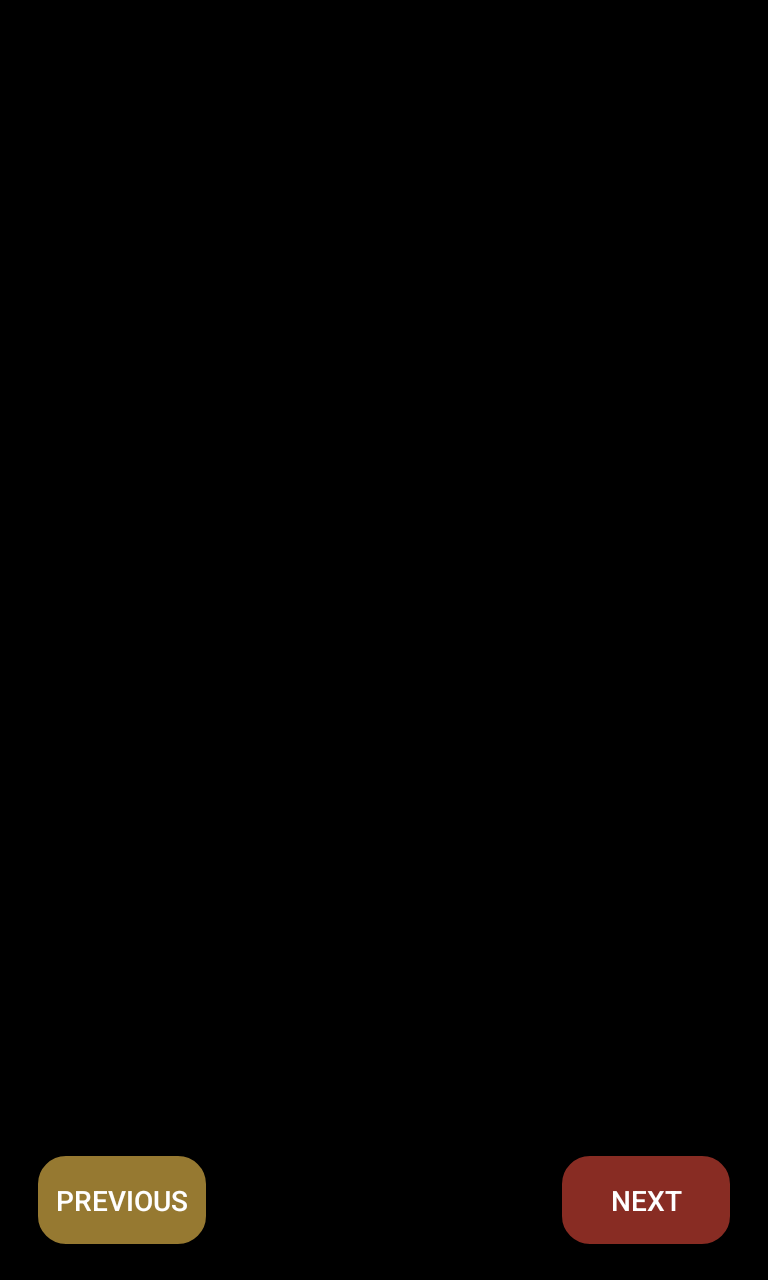
Repository: Dsupreme/MC_tictactoe
Layout: basicgrid/res/layout/tutorial1.xml
An editor plug-in stored every save of this project. The layout is shown before and after the next save, followed by the edit.
It is drawn on a 768 x 1280 px phone screen (xhdpi) without system bars, with theme AppTheme; the app's code is not run. The app's manifest (not shown) leaves right-to-left support off. So textAlignment, textDirection and layoutDirection are ignored, and left and right values win over start and end ones.

Above is the layout before, as saved 2014-12-02 05:16:50.

### basicgrid/res/layout/tutorial1.xml
<?xml version="1.0" encoding="utf-8"?>
<RelativeLayout xmlns:android="http://schemas.android.com/apk/res/android"
	android:layout_width="match_parent"
    android:layout_height="match_parent"
    android:background="#000000"
    android:scaleType="fitXY"
    android:paddingBottom="@dimen/activity_vertical_margin"
    android:paddingLeft="@dimen/activity_horizontal_margin"
    android:paddingRight="@dimen/activity_horizontal_margin"
    android:paddingTop="@dimen/activity_vertical_margin"
    android:orientation="vertical" >

    <ImageView
        android:id="@+id/ivAnimation"
        android:layout_width="350dp"
        android:layout_height="350dp"
        android:layout_above="@+id/text_vp"
        android:layout_centerHorizontal="true"
        android:contentDescription="Animation" />

    <Button
        android:id="@+id/prev"
        android:layout_width="wrap_content"
        android:layout_height="wrap_content"
        android:layout_alignLeft="@+id/ivAnimation"
        android:layout_alignParentBottom="true"
        android:layout_weight="1"
        android:background="@drawable/button_states_yellow"
        android:text="Previous"
        android:textColor="#FFF" />

    <Button
        android:id="@+id/next"
        android:layout_width="wrap_content"
        android:layout_height="wrap_content"
        android:layout_alignBaseline="@+id/prev"
        android:layout_alignBottom="@+id/prev"
        android:layout_alignRight="@+id/ivAnimation"
        android:layout_weight="1"
        android:background="@drawable/button_states_peach"
        android:text="Next"
        android:textColor="#FFF" />

    <TextView
        android:id="@+id/text_vp"
        android:layout_width="match_parent"
        android:layout_height="wrap_content"
        android:layout_above="@+id/prev"
        android:layout_alignLeft="@+id/ivAnimation"
        android:gravity="center"
        android:paddingBottom="10sp"
        android:paddingLeft="10sp"
        android:paddingRight="10sp"
        android:paddingTop="10sp"
        android:textAlignment="center"
        android:textColor="#FFFFFF"
        android:textSize="20sp" />

</RelativeLayout>

### basicgrid/res/drawable/button_states_yellow.xml
<?xml version="1.0" encoding="utf-8"?>
<selector xmlns:android="http://schemas.android.com/apk/res/android">
    <item android:drawable="@drawable/custom_button_yellow_pressed"
          android:state_pressed="true" />
    <item android:drawable="@drawable/custom_button_yellow_pressed"
          android:state_focused="true" />
    <item android:drawable="@drawable/custom_button_yellow" />
</selector>

### basicgrid/res/drawable/button_states_peach.xml
<?xml version="1.0" encoding="utf-8"?>
<selector xmlns:android="http://schemas.android.com/apk/res/android">
    <item android:drawable="@drawable/custom_button_peach_pressed"
          android:state_pressed="true" />
    <item android:drawable="@drawable/custom_button_peach_pressed"
          android:state_focused="true" />
    <item android:drawable="@drawable/custom_button_peach" />
</selector>

### basicgrid/res/drawable/custom_button_peach_pressed.xml
<?xml version="1.0" encoding="utf-8"?>
<layer-list xmlns:android="http://schemas.android.com/apk/res/android" >
    <item android:left="0dp" android:right="0dp"  android:top="0dp"  android:bottom="0dp">
    <shape android:shape="rectangle" >
        <solid android:color="#e74c3c"/>
        <corners android:radius="15dp"></corners>
		<padding android:top="7dp" android:bottom="7dp" android:right="7dp" android:left="7dp"/>
    	<stroke android:width="2dp" android:color="#000" />
    </shape>
    </item>
</layer-list>
<!-- color a1352a-->

### basicgrid/res/drawable/custom_button_peach.xml
<?xml version="1.0" encoding="utf-8"?>
<layer-list xmlns:android="http://schemas.android.com/apk/res/android" >
    <item android:left="0dp" android:right="0dp"  android:top="0dp"  android:bottom="0dp">
    <shape android:shape="rectangle" >
        <solid android:color="#96e74c3c"/>
        <corners android:radius="15dp"></corners>
		<padding android:top="7dp" android:bottom="7dp" android:right="7dp" android:left="7dp"/>
    	<stroke android:width="2dp" android:color="#000" />
    </shape>
    </item>
</layer-list>

### basicgrid/res/drawable/custom_button_yellow_pressed.xml
<?xml version="1.0" encoding="utf-8"?>
<layer-list xmlns:android="http://schemas.android.com/apk/res/android" >
    <item android:left="0dp" android:right="0dp"  android:top="0dp"  android:bottom="0dp">
    <shape android:shape="rectangle" >
        <solid android:color="#ffce54"/>
        <corners android:radius="15dp"></corners>
		<padding android:top="7dp" android:bottom="7dp" android:right="7dp" android:left="7dp"/>
    	<stroke android:width="2dp" android:color="#000" />

    </shape>
    </item>
</layer-list>
<!-- #96cca443 -->

### basicgrid/res/drawable/custom_button_yellow.xml
<?xml version="1.0" encoding="utf-8"?>
<layer-list xmlns:android="http://schemas.android.com/apk/res/android" >
    <item android:left="0dp" android:right="0dp"  android:top="0dp"  android:bottom="0dp">
    <shape android:shape="rectangle" >
        <solid android:color="#96ffce54"/>
        <corners android:radius="15dp"></corners>
		<padding android:top="7dp" android:bottom="7dp" android:right="7dp" android:left="7dp"/>
    	<stroke android:width="2dp" android:color="#000" />

    </shape>
    </item>
</layer-list>

Loaded but not shown: basicgrid/res/values/styles.xml (common file); basicgrid/res/values-v11/styles.xml (common file); basicgrid/res/values-v14/styles.xml (common file); basicgrid/res/values/dimens.xml (common file); basicgrid/res/values-w820dp/dimens.xml (common file)

After the next save:
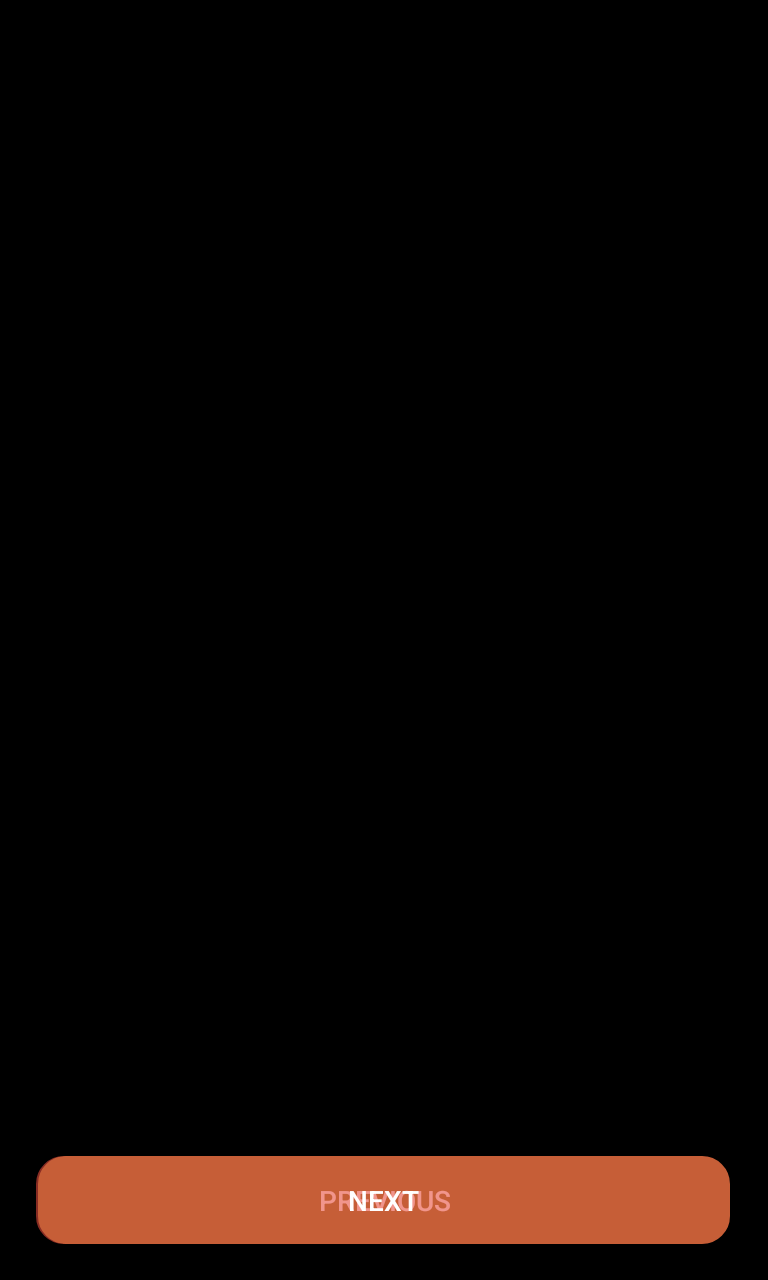
Saved 50 s later.
--- a/basicgrid/res/layout/tutorial1.xml
+++ b/basicgrid/res/layout/tutorial1.xml
@@ -20,7 +20,7 @@
 
     <Button
         android:id="@+id/prev"
-        android:layout_width="wrap_content"
+        android:layout_width="fill_parent"
         android:layout_height="wrap_content"
         android:layout_alignLeft="@+id/ivAnimation"
         android:layout_alignParentBottom="true"
@@ -31,7 +31,7 @@
 
     <Button
         android:id="@+id/next"
-        android:layout_width="wrap_content"
+        android:layout_width="fill_parent"
         android:layout_height="wrap_content"
         android:layout_alignBaseline="@+id/prev"
         android:layout_alignBottom="@+id/prev"
